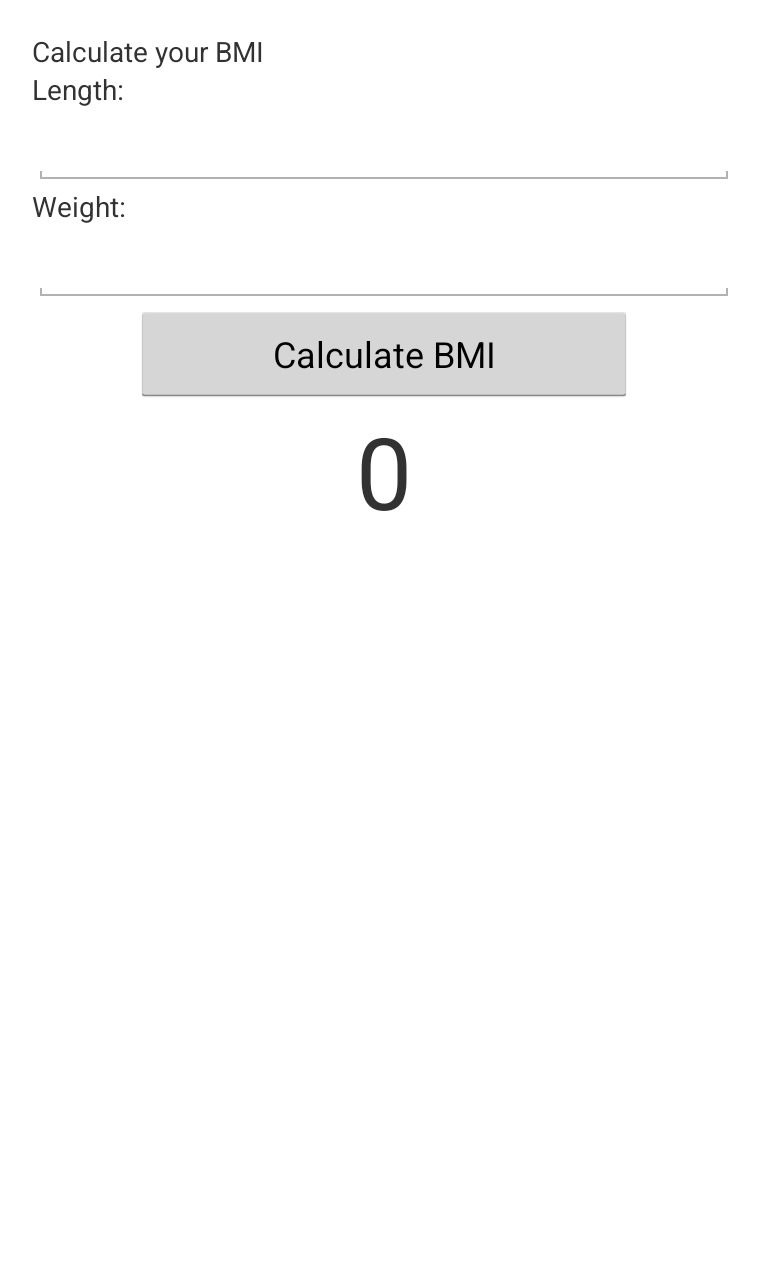
Repository: me222rs/AndroidLab1
Layout: BMI/res/layout/activity_bmi.xml
An editor plug-in stored every save of this project. The layout is shown before and after the next save, followed by the edit.
It is drawn on a 768 x 1280 px phone screen (xhdpi) without system bars, with theme AppTheme; the app's code is not run.

Above is the layout before, as saved 2014-11-17 13:40:09.

After the next save:
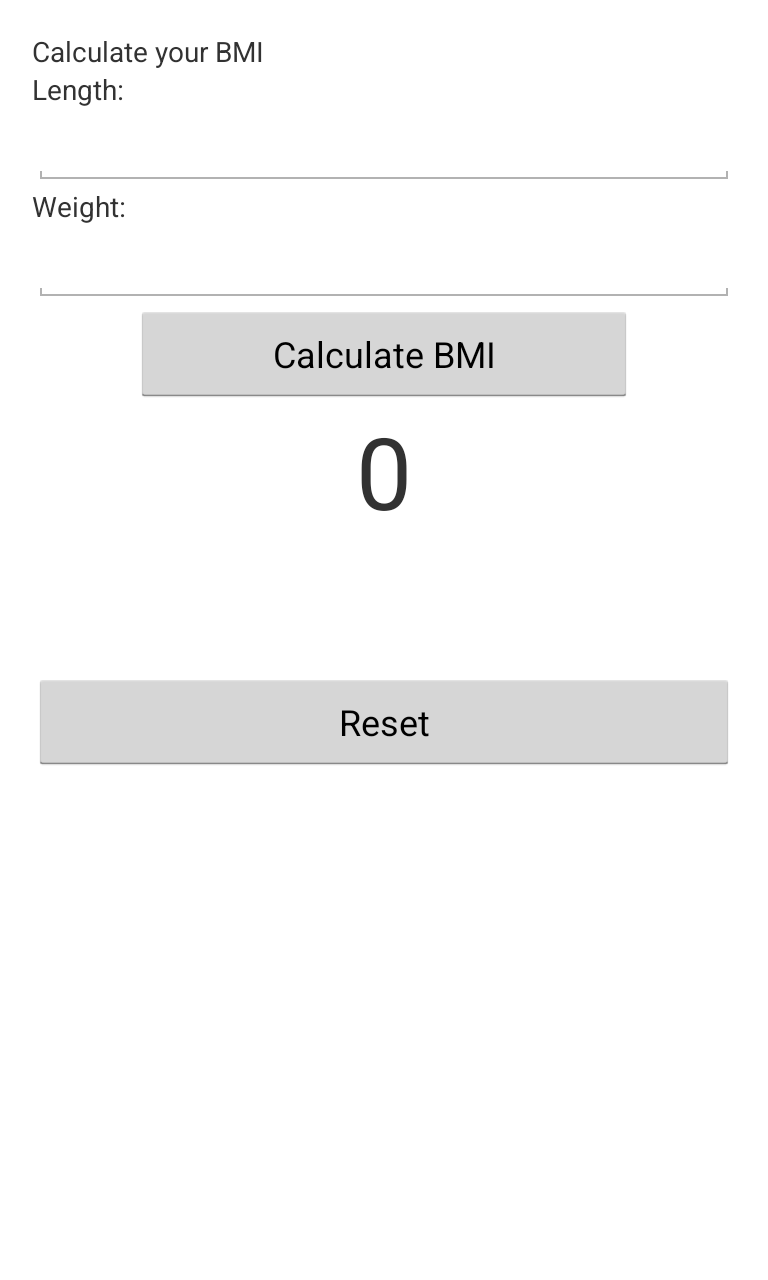
Saved 37 s later.
--- a/BMI/res/layout/activity_bmi.xml
+++ b/BMI/res/layout/activity_bmi.xml
@@ -75,6 +75,7 @@
         android:layout_below="@id/message"
         android:layout_centerHorizontal="true"
     	android:layout_height="50dp"
+    	android:layout_width="match_parent"
         android:layout_gravity="center"
         android:text="Reset" />
 
